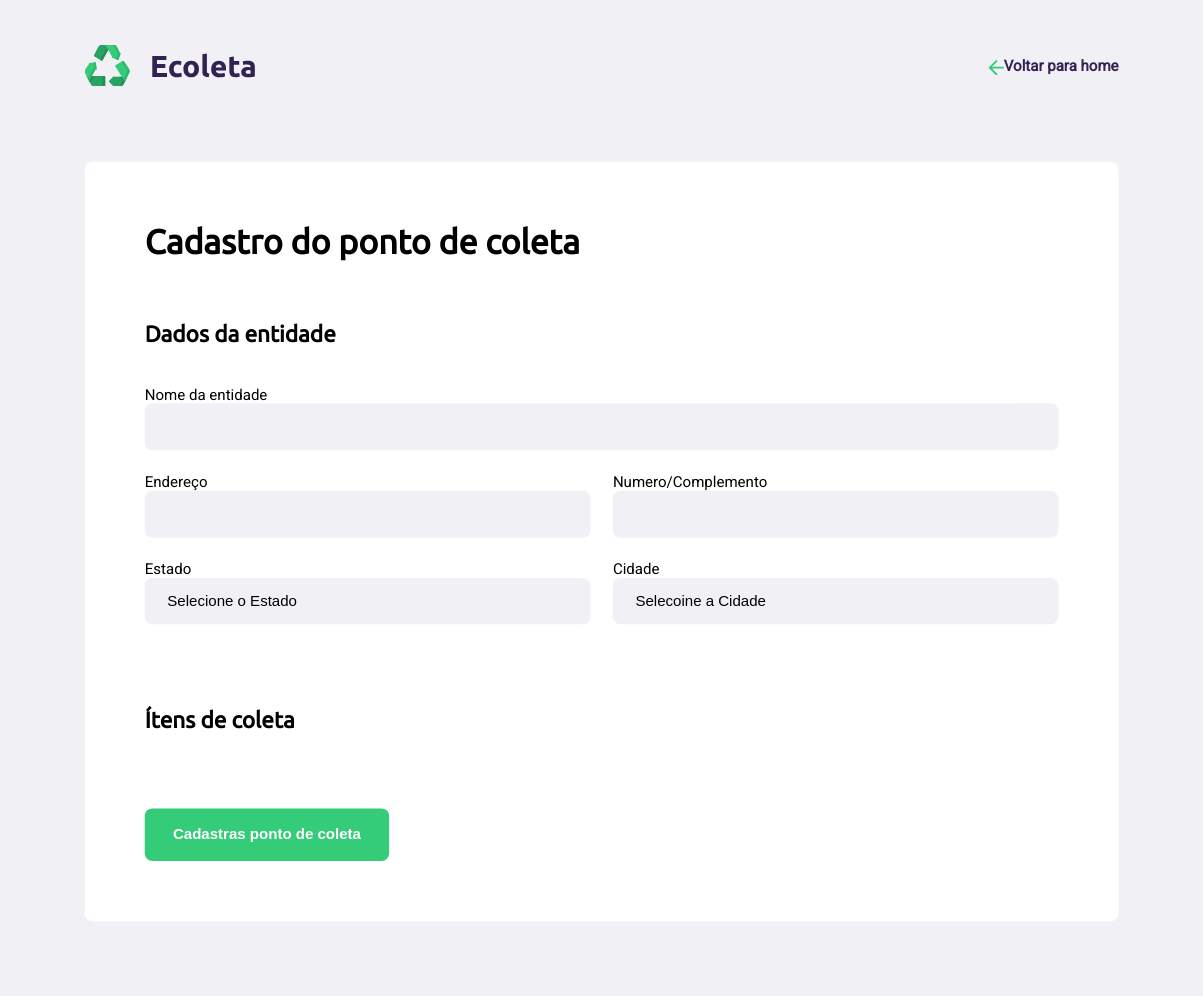
Repository: ivobass/NextLevelWeek
Page: create-point.html
These files come from the project's save history. The page is drawn as it stood at one moment and after the next save; the edit follows.
The browser window is 1280 px wide. The pictures show the whole page, at 94% of full size.
The pointer rests on the first visible `form button`.

Above is the page before, as saved 2020-06-03 00:00:14.

### create-point.html
<!DOCTYPE html>
<html lang="pt">

<head>
    <meta charset="UTF-8">
    <!--aceita caracteres especiais-->
    <meta name="viewport" content="width=device-width, initial-scale=1.0">
    <title>Criar um ponto de Ecoleta</title>

    <link href="https://fonts.googleapis.com/css2?family=Roboto&family=Ubuntu:wght:wght@300;700&display=swap" rel="stylesheet">
    <link rel="stylesheet" href="/styles/main.css">
    <link rel="stylesheet" href="/styles/create-point.css">

    <link rel="stylesheet" href="/styles/responsive.css">

</head>

<body>

    <div id="page-create-point">



        <header>
            <img src="/assets/logo.svg " alt="logomarca">
            <a href=""><span></span>Voltar para home </a>

        </header>
        <form action="">
            <h1>Cadastro do ponto de coleta</h1>

            <fieldset>
                <legend>
                    <h2>Dados da entidade</h2>
                </legend>
                <div class="field">
                    <label for="">Nome da entidade</label>
                    <input type="text" name="name">
                </div>
                <div class="field-group">
                    <div class="field">
                        <label for="address">Endereço</label
                            ><input type="text" name="address">

                    </div>
                    <div class="field">
                        <label for="address">Numero/Complemento </label
                            ><input type="text" name="address2">
                    </div>
                </div>


                <div class="field-group">
                    <div class="field">
                        <label for="state">Estado </label>
                        <select name="uf">
                            <option value="">Selecione o Estado</option>
                        </select>
                    </div>
                    <div class="field">
                        <label for="city">Cidade</label>
                        <select name="city">
                            <option value="">Selecoine a Cidade</option>
                        </select>

                    </div>

                </div>

            </fieldset>





            <fieldset>
                <legend>
                    <h2>Ítens de coleta</h2>
                </legend>


            </fieldset>

            <button type="submit">Cadastras ponto de coleta</button>

        </form>


    </div>




</body>

</html>

### styles/main.css
:root {
    --title-color: #322153;
    --primary-color: #34cb79;
}

* {
    margin: 0;
    padding: 0;
    box-sizing: border-box;
}

html {
    font-family: Roboto, sans-serif;
}

body {
    background-color: #f0f0f5;
    -webkit-font-smoothing: antialiased;
}

a {
    text-decoration: none;
}

h1,
h2,
h3,
h4,
h5,
h6 {
    --title-color: #322153;
    font-family: 'Ubuntu', sans-serif;
}


/* BOX MODEL
modelo de caixas
        toda caixa tem:
        largura, altura, espaçamento, prenchimento,
        bordas, cor, fundo, maneira como é vista por html (display)
posicionamento, alinhamentos.
        */

### styles/create-point.css
#page-create-point {
    width: 90%;
    max-width: 1100px;
    /* alinhamento da caixa por o lado de fora da caixa */
    /* height: 100%; */
    margin: 0 auto;
    /* display: flex;
    flex-direction: column; */
}

#page-create-point header {
    margin-top: 48px;
    display: flex;
    align-items: center;
    justify-content: space-between;
}

#page-create-point header a {
    display: flex;
    color: var( --title-color);
    font-weight: bold;
    align-items: center;
}

#page-create-point header a span {
    margin-left: 16px;
    display: flex;
    background-image: url('/assets/arrow-left.svg');
    display: flex;
    width: 20px;
    height: 20px;
}

form {
    background-color: white;
    margin: 80px auto;
    /* prenchimento */
    padding: 64px;
    border-radius: 8px;
    min-width: 730px;
}

form h1 {
    font-size: 36px;
}

form fieldset {
    margin-top: 64px;
    border: 0;
}

form legend {
    margin-bottom: 40px;
}

form legend h2 {
    font-size: 24px;
}

form .field {
    flex: 1;
    display: flex;
    flex-direction: column;
    margin-bottom: 24px;
}

form .field-group {
    display: flex;
}

form input,
form select {
    background-color: #f0f0f5;
    border: 0;
    padding: 16px 24px;
    font-size: 16px;
    border-radius: 8px;
    /* outline: 0;   retira o borde quando esta selecionado o campo */
}

form select {
    -webkit-appearance: none;
    -moz-appearance: none;
    appearance: none;
}

forma label {
    font-size: 14px;
    margin-bottom: 8px;
}

form .field-group .field+.field {
    margin-left: 24px;
}

form button {
    width: 260px;
    height: 56px;
    background-color: var(--primary-color);
    border-radius: 8px;
    color: white;
    font-weight: bold;
    font-size: 16px;
    border: 0;
    margin-top: 40px;
    transition: 400ms;
}

### styles/responsive.css
@media(max-width: 900px) {
    #page-home {
        background-position-x: 70vw;
    }
    #page-home .content {
        align-items: center;
        text-align: center;
    }
    #page-home header a {
        position: absolute;
        bottom: 48px;
        left: 50%;
        transform: translateX(-50%);
    }
    #page-home main {
        align-items: center;
    }
}

@media(min-width: 1700px) {
    #page-home {
        background-position-x: 40vw;
    }
}

@media(max-heigth: 760px) {
    #page-home {
        background-position-y: 1000px;
    }
}

### assets/arrow-left.svg
<svg xmlns="http://www.w3.org/2000/svg" width="24" height="24" viewBox="0 0 24 24" fill="none" stroke="#34CB79" stroke-width="2" stroke-linecap="round" stroke-linejoin="round" class="feather feather-arrow-left"><line x1="19" y1="12" x2="5" y2="12"></line><polyline points="12 19 5 12 12 5"></polyline></svg>

After the next save:
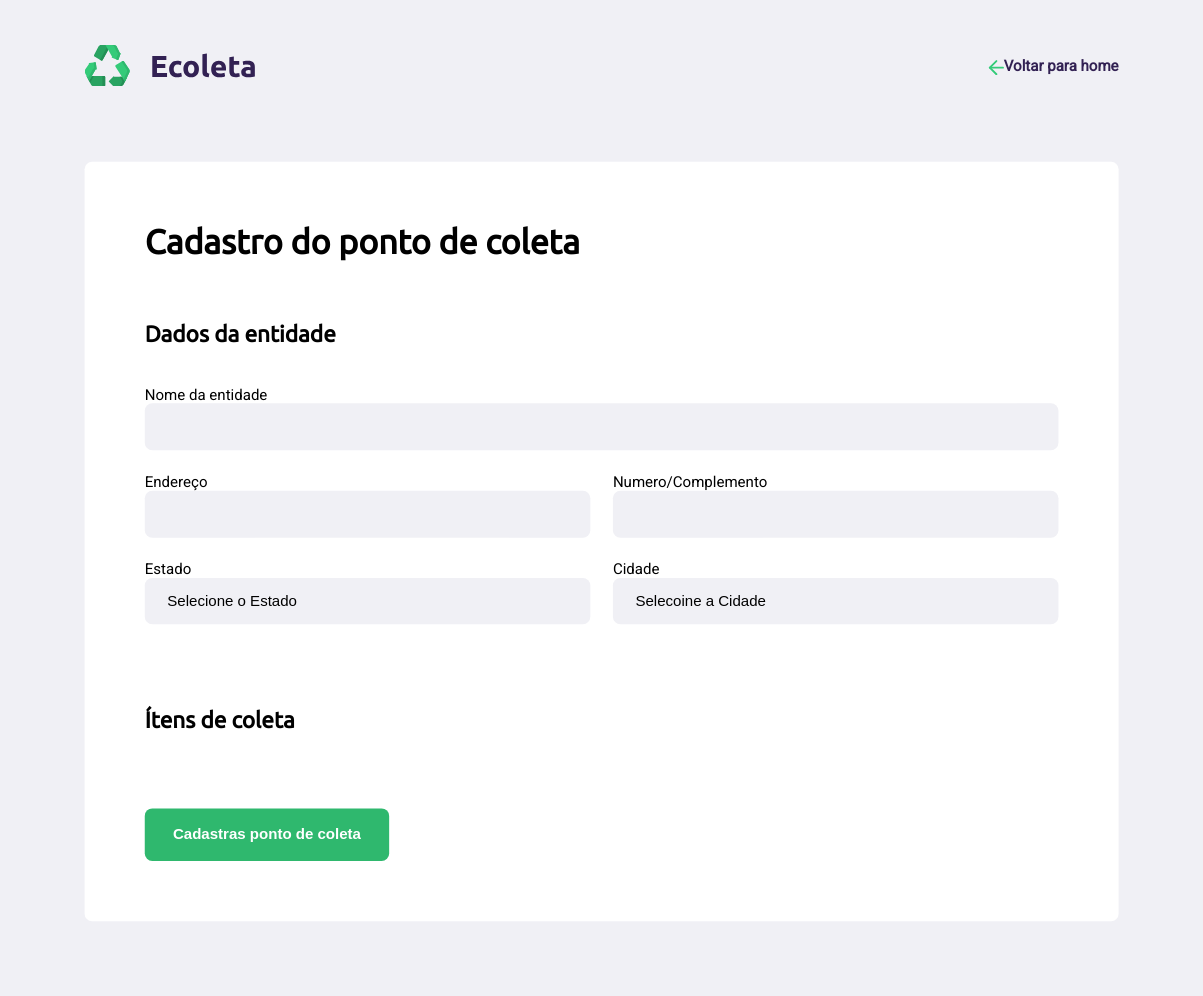
Saved 47 s later.
--- a/styles/create-point.css
+++ b/styles/create-point.css
@@ -105,3 +105,7 @@ form button {
     margin-top: 40px;
     transition: 400ms;
 }
+
+form button:hover {
+    background-color: #2fb86e;
+}
